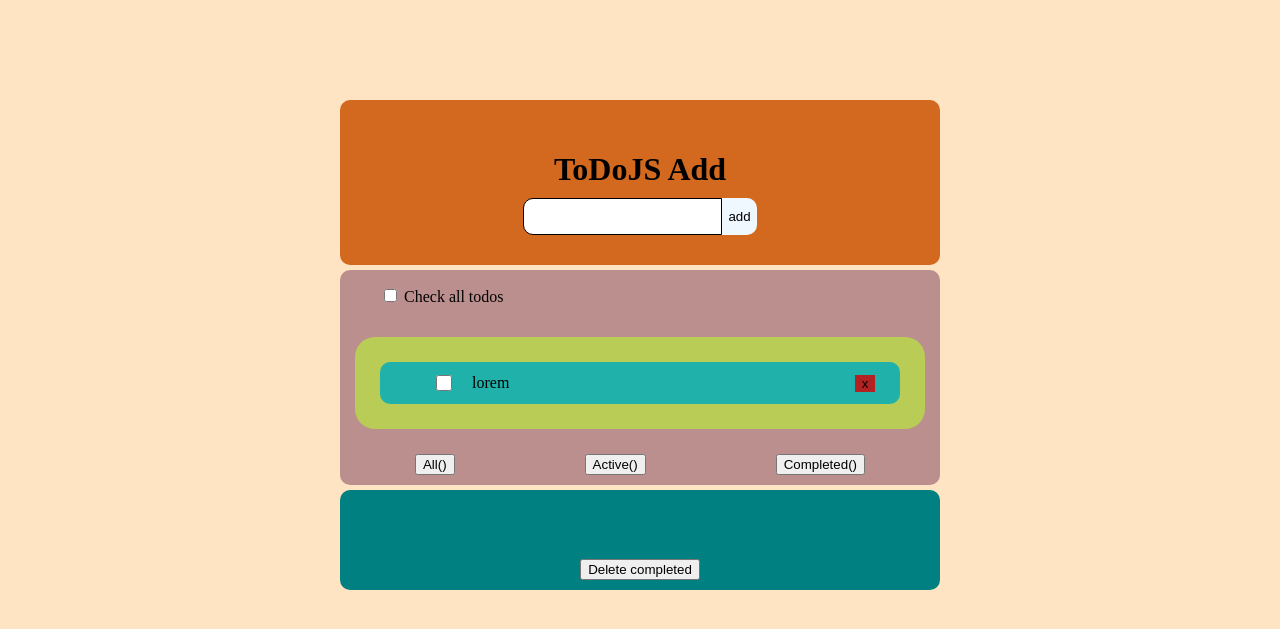
Repository: Savich01/ToDo
Page: index.html
An editor plug-in stored every save of this project. The page is shown before and after the next save, followed by the edit.
The browser window is 1280 px wide. The pictures show the whole page.

Above is the page before, as saved 2024-05-08 10:53:59.

### index.html
<!DOCTYPE html>
<html lang="en">
<head>
    <meta charset="UTF-8">
    <meta name="viewport" content="width=device-width, initial-scale=1.0">
    <link rel="stylesheet" href="css/style.css">
    <title>ToDO</title>
</head>
<body>
    <header class="header">
        <div class="header-block">
            <div class="header-block__sub">
                <h1 class="title">ToDoJS Add</h1>
                <form class="personal" action="#">
                    <input class="personal-input" type="text">
                    <button class="personal-btn">add</button>
                </form>
            </div>
        </div>
    </header>

     <main class="main">
        <div class="main-block">
            <ul class="main-block--list">
                    <li class="main-block--list-link">
                        <input class="checkbox-active" type="checkbox">
                        <span>Check all todos</span>
                    </li>
                </ul>
            <div class="main-container">

                <ul class="main-container--list">
                    <li class="main-container--list-link">
                        <input class="main-checked" type="checkbox" data-action = "done">
                        <span class="main-text main-text--done">lorem</span>
                    </li>
                    <button class="main--list-btn" data-action = "delete">
                        х
                    </button>
               </ul>
            </div>




            <div class="main-button">
                 <button class="main-btn1">All()</button>
                 <button class="main-btn2">Active()</button>
                 <button class="main-btn3">Completed()</button>
            </div>
            </div>
     </main>
     <footer class="footer">
        <div class="footer-block">
            <div class="footer-btn">
                <button class="btn">Delete completed</button>
            </div>
        </div>
     </footer>
        <script src="js/script.js"></script>
</body>
</html>

### css/style.css
ul,li {
    text-decoration: none;
    list-style: none;
}


/*------------HEADER-------------------------------------*/

body {
    max-width: 100%;
    background: #FFE4C4;
}
.header {
    margin-top: 100px;
    margin-bottom: 5px;
}
.header-block {
    max-width: 600px;
    margin: 0 auto;
    background: #D2691E;
    border-radius: 10px;
}
 .header-block__sub {
    display: flex;
    flex-direction: column;
    justify-content: center;
    align-items: center;
    padding: 30px 0px;
 }

 .title {
    margin-bottom: 10px;
 }

 .personal {
    display: flex;
    justify-content: center;
 }

 .personal-input{
    padding: 10px;
    border: 1px solid #000;
    border-radius: 10px 0px 0px 10px;
 }
.personal-btn {
    border: none;
    background-color: aliceblue;
    border-radius: 0px 10px 10px 0px;
    cursor: pointer;
}
/*------------------MAIN-------------------------------------*/

.main-block {
   max-width: 600px;
   margin: 0 auto;
   background: #BC8F8F;
   min-height: 70px;
   border-radius: 10px;
   display:flex;
   flex-direction: column;
   justify-content: space-between;
   margin-bottom: 5px;
}
.main-button {
    padding: 10px;
    display: flex;
    align-items: flex-end;
    justify-content: space-around

}
.main-container {
    background: rgba(183, 231, 62, 0.699);
    border-radius: 20px;
    margin: 15px;
    /* display: none; */
}

.main-container--list{
    background-color: #20B2AA;
    border-radius: 10px;
    margin: 25px;
    display: flex;
    align-items: center;
    justify-content: space-between;
}

.main-container--list-link {
    padding: 10px;
    display: flex;
    align-items: center;
}
.main-checked{
    width: 20px;
    height: 16px;
    cursor: pointer;
}
.main-text{
    display: inline-block;
    margin-left: 15px;
}
.main--list-btn{
    min-width: 20px;
    max-width: 23px;
    background: #FFFFE0;
    align-items: center;
    margin-right: 25px;
    cursor: pointer;
    border: none;
    background: #B22222;
}

/*------------------FOOTER--------------------------------------------------*/

.footer-block {
    max-width: 600px;
    margin: 0 auto;
    background: #008080;
    height: 100px;
    border-radius: 10px;
    display: flex;
    align-items: flex-end;
    justify-content: space-around;
}
.footer-btn {
    padding: 10px;
}

### js/script.js
"Use strict";

const form = document.querySelector('.personal');
const input = document.querySelector('.personal-input');
const block = document.querySelector('.main-container');
const addList = document.querySelector('.main-container--list')
const mainBlock = document.querySelector('.main-block');

function addTask(){
    // Отменяем отправку формы
    event.preventDefault();

    // Достаем текст задачи из поля ввода

    const taskText = input.value;
    console.log(taskText);

    //Формируем разметку для новой задачи

    const taskHTML = `<ul class="main-container--list">
                    <li class="main-container--list-link">
                        <input class="main-checked" type="checkbox" data-action = "done">
                        <span class="main-text">${taskText}</span>
                    </li>
                    <button class="main--list-btn" data-action = "delete">
                        х
                    </button>
               </ul>
                    `


    // Добавляем задачу на страницу

    block.insertAdjacentHTML('beforeend', taskHTML)

    // Отчищаем поле ввода

    input.value = '';
    input.focus();

}



// Добавление задачи
form.addEventListener('submit', addTask);

// // Удаление задачи
block.addEventListener('click', deleteTask);

function deleteTask(event){


    if(event.target.dataset.action === 'delete'){

        const perentNode = event.target.closest('.main-container--list');
        perentNode.remove();
    };
};

// Отмечаем задачу завершенной

block.addEventListener('click', doneTask)

function doneTask(event) {
    if(event.target.dataset.action === 'done'){
        const perentNode = event.target.closest('.main-container--list');
        const taskTitle = perentNode.querySelector('.main-text');
        taskTitle.classList.toggle('main-text--done');
    }
}

After the next save:
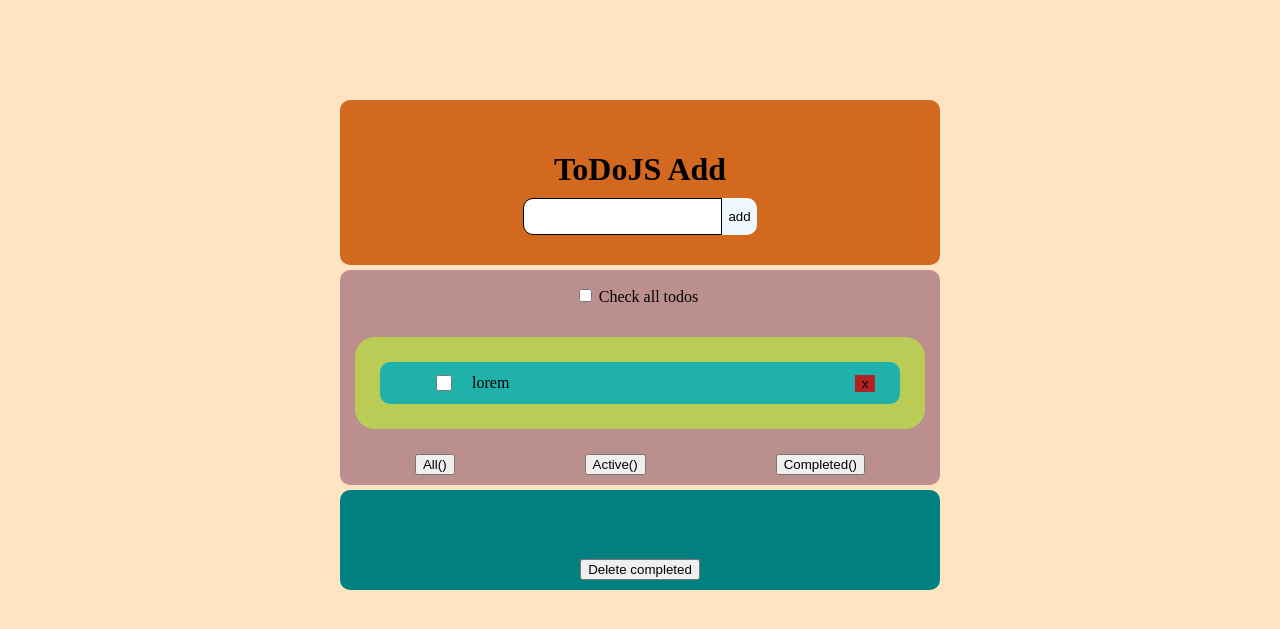
Saved 19 s later.
--- a/css/style.css
+++ b/css/style.css
@@ -61,6 +61,14 @@ body {
    justify-content: space-between;
    margin-bottom: 5px;
 }
+
+.main-block--list{
+    display: flex;
+    align-items: center;
+    justify-content: center;
+    padding-right: 47px;
+}
+
 .main-button {
     padding: 10px;
     display: flex;
